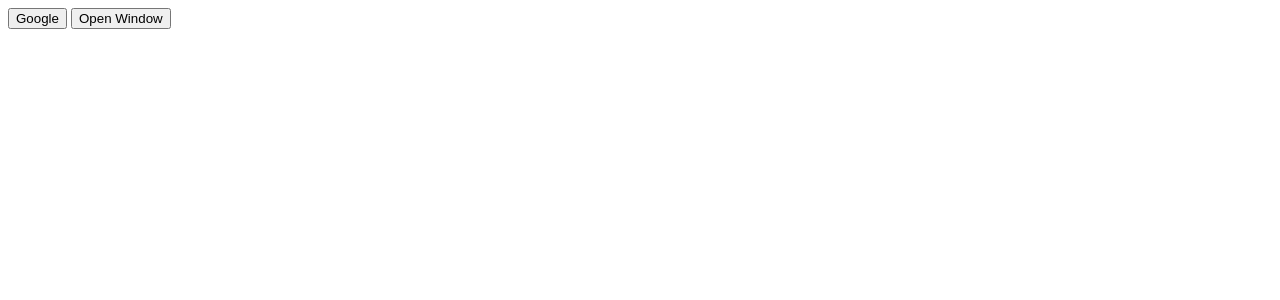
Repository: ramakrishnan1997/ram_javatraining
Page: javascript/src/main/webapp/usingjsobject.html
An editor plug-in stored every save of this project. The page is shown before and after the next save, followed by the edit.
The browser window is 1280 px wide. The pictures show the whole page.

Above is the page before, as saved 2022-06-28 09:23:55.

### javascript/src/main/webapp/usingjsobject.html
<!DOCTYPE html>
<html>
<head>
<meta charset="UTF-8">
<title>Insert title here</title>
</head>
<body>
<button id="googleBtn">Google</button>
<button id="openBtn">Open Window</button>
<script type="text/javascript" src="scripts/object.js"></script>
</body>
</html>

### javascript/src/main/webapp/scripts/object.js
/**
 *
 */
function usingWindowObj()
{
	window.location="https://www.google.com";
}

function openWindowObj()
{
	window.openWindowObj('index.html','indexPage');
}
function printButton()
{
	window.print();
}
function invoke()
{
	var goToGoogleButton =document.getElementById("googleBtn");
	goToGoogleButton.addEventListener('click',usingWindowObj);
	var goToGoogleButton =document.getElementById("openBtn");
	goToGoogleButton.addEventListener('click',openWindowObj);
	var printButton =document.getElementById("printbtn");
	goToGoogleButton.addEventListener('click',printButton);
}
(function(){
	invoke();
});

After the next save:
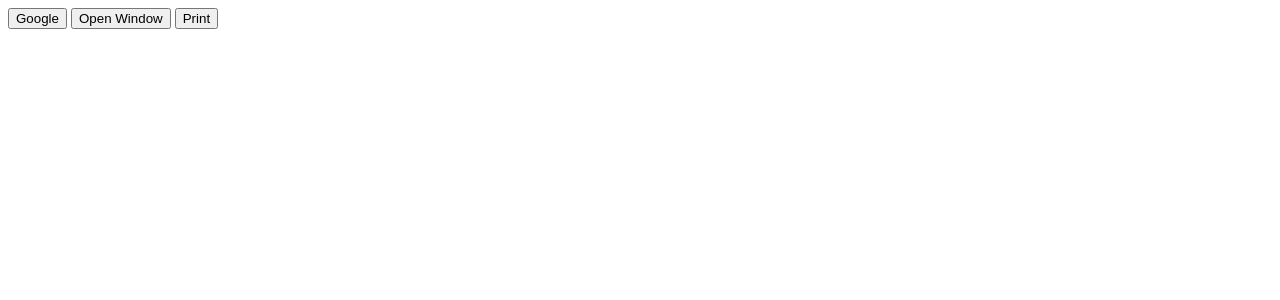
Saved 25 s later.
--- a/javascript/src/main/webapp/usingjsobject.html
+++ b/javascript/src/main/webapp/usingjsobject.html
@@ -7,6 +7,7 @@
 <body>
 <button id="googleBtn">Google</button>
 <button id="openBtn">Open Window</button>
+<button id="printbtn">Print</button>
 <script type="text/javascript" src="scripts/object.js"></script>
 </body>
 </html>
